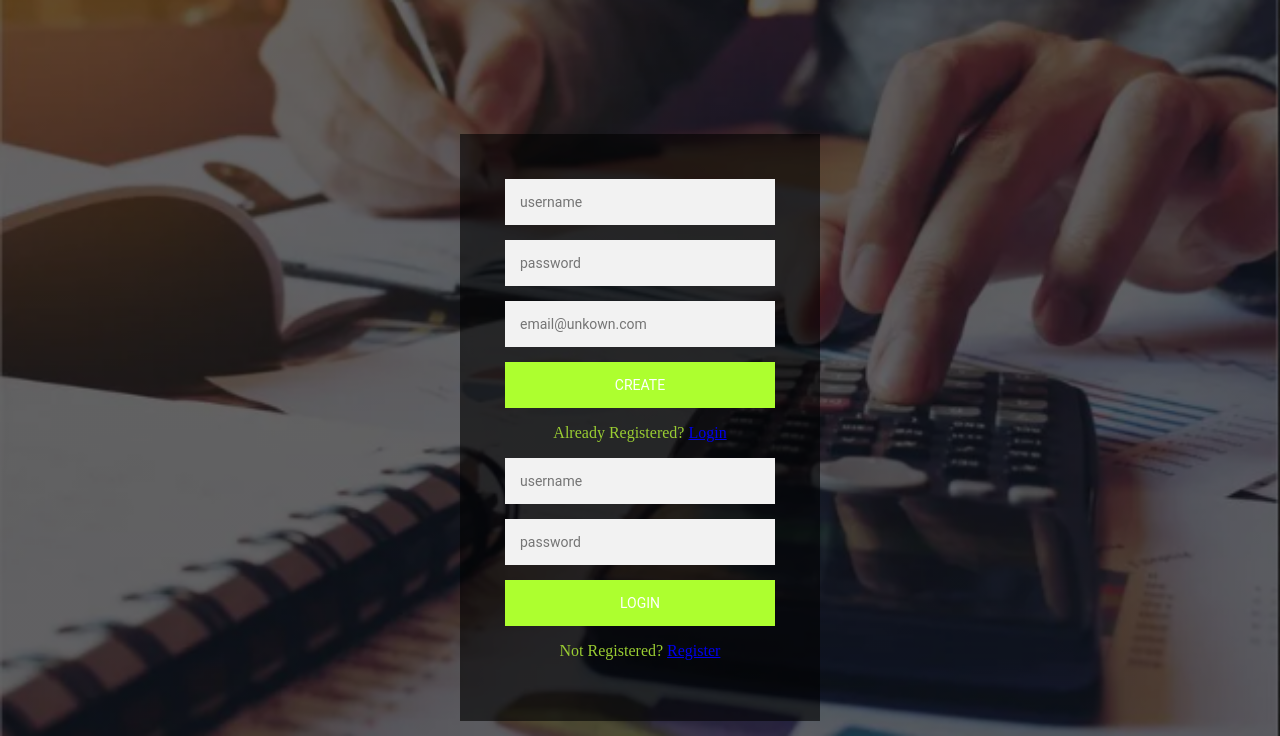
Repository: rambo1022/Project-1
Page: index.html
The author's editor kept a copy of each file at every save. The page is drawn from the files as they stood at one save, then again after the next save.
The browser window is 1280 px wide. The pictures show the whole page.

Above is the page before, as saved 2019-12-01 16:19:35.

After the next save:
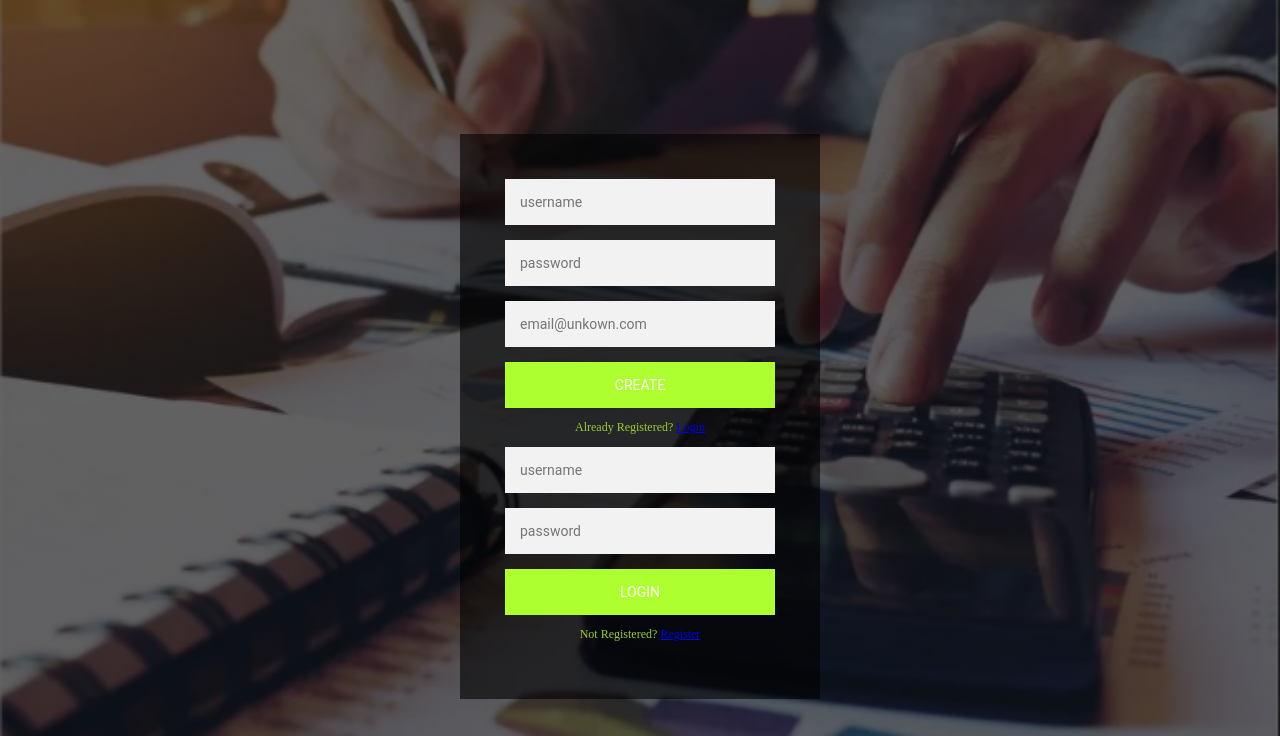
Saved 58 s later.
--- a/Sign-Up/signup.css
+++ b/Sign-Up/signup.css
@@ -60,6 +60,6 @@ body {
 }
 
 .form .message {
-    color: yellowgreen
-
+    color: yellowgreen;
+    font-size: 12px;
 }
